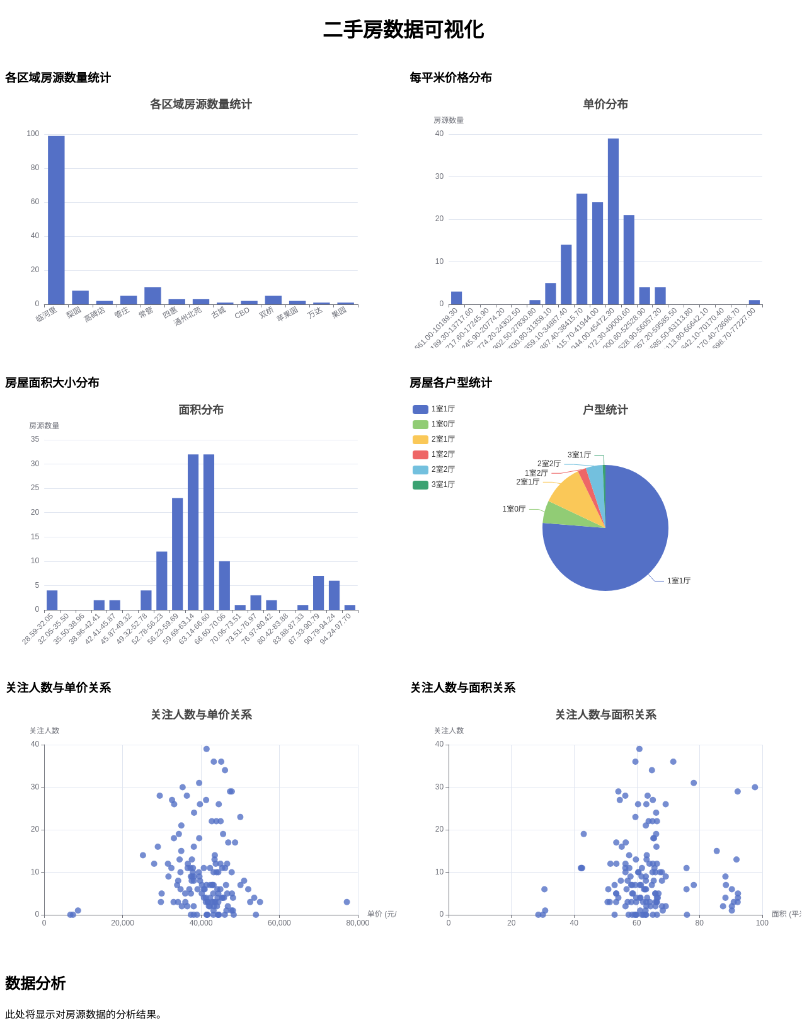
Repository: sakimi-9/DPV-SHP_BeiJing
Page: / (app in py_crawler/rendering/)
An editor plug-in stored every save of this project. The page is shown before and after the next save, followed by the edit.
The browser window is 1280 px wide. The pictures show the whole page, at 63% of full size.
The project was rebuilt for these pictures with package versions that can differ from the ones it lists, and the page was loaded fresh each time. Also part of the build but not shown: py_crawler/rendering/vite.config.ts.

Above is the page before, as saved 2025-05-22 16:06:01.

### py_crawler/rendering/index.html
<!DOCTYPE html>
<html lang="en">

<head>
    <meta charset="UTF-8">
    <link rel="icon" href="/favicon.ico">
    <meta name="viewport" content="width=device-width, initial-scale=1.0">
    <title>二手房数据可视化</title>
</head>

<body>
    <div id="app"></div>
    <script type="module" src="/src/main.ts"></script>
</body>

</html>

### py_crawler/rendering/src/App.vue
<template>
  <div>
    <h1 style="text-align: center;">二手房数据可视化</h1>

    <!-- 模式切换 UI -->


    <!-- 2D 图表区域 -->
    <TwoDCharts v-if="currentMode === '2D'" :house-data="houseData" />

    <!-- 数据分析区域 -->
    <div class="data-analysis-container">
      <h2>数据分析</h2>
      <p>此处将显示对房源数据的分析结果。</p>
      <!-- TODO: Add actual data analysis content here -->
    </div>
  </div>
</template>

<script setup lang="ts">
import { ref, onMounted } from 'vue';

// 导入新组件
import TwoDCharts from './components/TwoDCharts.vue';

// 定义解析后的房源数据接口 (保留接口定义，添加经纬度)
interface ParsedHouse {
  房源标题: string;
  室: number | null;
  厅: number | null;
  面积: number | null; // 平米
  朝向: string | null;
  装修: string | null;
  楼层信息: string | null; // 例如 "中楼层"
  总楼层: number | null;
  建筑年份: number | null; // 例如 2012
  建筑类型: string | null; // 例如 "板塔结合"
  小区名称: string | null;
  所在区域: string | null; // 例如 "临河里"
  单价: number | null; // 元/平
  关注人数: number | null;
  发布时间: string | null; // 例如 "2个月以前发布"
  标签: string[];
  // 添加经纬度信息
  location?: { lng: number; lat: number };
}

// 数据解析函数 (修改：查找并添加经纬度)
function parseHouseData(rawData: any[]): ParsedHouse[] {
  const parsedData: ParsedHouse[] = [];

  rawData.forEach(item => {
    const parsedItem: ParsedHouse = {
      房源标题: item['房源'] || '',
      室: null,
      厅: null,
      面积: null,
      朝向: null,
      装修: null,
      楼层信息: null,
      总楼层: null,
      建筑年份: null,
      建筑类型: null,
      小区名称: null,
      所在区域: null,
      单价: null,
      关注人数: null,
      发布时间: item['关注人数和发布时间'] ? item['关注人数和发布时间'].split(' / ')[1]?.trim() || null : null,
      标签: item['标签'] ? item['标签'].split(' ').filter((tag: string) => tag.trim() !== '') : [],
    };

    const houseInfoParts = item['房子信息'] ? item['房子信息'].split(' | ').map((part: string) => part.trim()) : [];
    houseInfoParts.forEach((part: string) => {
      if (part.includes('室') && part.includes('厅')) {
        const match = part.match(/(\d+)室(\d+)厅/);
        if (match) {
          parsedItem.室 = parseInt(match[1], 10);
          parsedItem.厅 = parseInt(match[2], 10);
        }
      } else if (part.includes('平米')) {
        const match = part.match(/([\d\.]+)平米/);
        if (match) {
          parsedItem.面积 = parseFloat(match[1]);
        }
      } else if (part.includes('层') && part.includes('共')) {
        const match = part.match(/(.+)\(共(\d+)层\)/);
        if (match) {
          parsedItem.楼层信息 = match[1].trim();
          parsedItem.总楼层 = parseInt(match[2], 10);
        } else {
          const totalFloorsMatch = part.match(/(\d+)层/);
          if (totalFloorsMatch) {
            parsedItem.总楼层 = parseInt(totalFloorsMatch[1], 10);
          }
        }
      } else if (part.match(/\d{4}年/)) {
        parsedItem.建筑年份 = parseInt(part, 10);
      } else if (part === '板楼' || part === '塔楼' || part === '板塔结合') {
        parsedItem.建筑类型 = part;
      } else if (['东', '南', '西', '北', '东南', '东北', '西南', '西北'].some(dir => part.includes(dir))) {
        parsedItem.朝向 = part;
      } else if (['毛坯', '简装', '精装', '其他'].some(dec => part.includes(dec))) {
        parsedItem.装修 = part;
      }
    });

    const areaParts = item['所在区域'] ? item['所在区域'].split('  ').map((part: string) => part.trim()) : [];
    if (areaParts.length > 0) {
      parsedItem.小区名称 = areaParts[0];
      if (areaParts.length > 1) {
        parsedItem.所在区域 = areaParts[1];
      }
    }

    const priceMatch = item['单价'] ? item['单价'].replace(',', '').match(/([\d\.]+)元\/平/) : null;
    if (priceMatch) {
      parsedItem.单价 = parseFloat(priceMatch[1]);
    }

    const followTimeParts = item['关注人数和发布时间'] ? item['关注人数和发布时间'].split(' / ').map((part: string) => part.trim()) : [];
    if (followTimeParts.length > 0) {
      const followMatch = followTimeParts[0].match(/(\d+)人关注/);
      if (followMatch) {
        parsedItem.关注人数 = parseInt(followMatch[1], 10);
      }
    }

    parsedData.push(parsedItem);
  });

  return parsedData; // Return all parsed data
}

// Define a ref to store the parsed data
const houseData = ref<ParsedHouse[] | null>(null);

// 定义当前模式状态
const currentMode = ref<'2D'>('2D'); // Only 2D mode is available now

// 数据加载逻辑 (修改：先加载经纬度，再加载房源数据)
onMounted(async () => {
  try {
    const response = await fetch('/house_data.json');
    if (!response.ok) {
      throw new Error(`HTTP error! status: ${response.status}`);
    }
    const rawHouseData = await response.json();
    // 解析房源数据时传入经纬度 Map
    houseData.value = parseHouseData(rawHouseData);

    console.log('解析后的数据并存储:', houseData.value);

  } catch (error) {
    console.error('Error loading or processing data:', error);
  }
});

// 显式导出响应式变量 (可能有助于类型检查)
// export { houseData, currentMode };

</script>

<style scoped>
/* 只保留 App.vue 自己的样式 */
div {
  margin-bottom: 20px;
}

button {
  margin-right: 10px;
}

/* 移除迁移到 TwoDCharts.vue 的样式 */
</style>

### py_crawler/rendering/src/components/TwoDCharts.vue
<template>
    <div class="charts-2d-container">

        <!-- 各区域房源数量统计 和 单价分布直方图 -->
        <div class="chart-row">
            <div class="chart-item">
                <h3>各区域房源数量统计</h3>
                <div ref="areaChartContainer" style="width: 100%; height: 400px;"></div>
            </div>
            <div class="chart-item">
                <h3>每平米价格分布</h3>
                <div ref="priceHistContainer" style="width: 100%; height: 400px;"></div>
            </div>
        </div>

        <!-- 面积分布直方图 和 户型统计 -->
        <div class="chart-row">
            <div class="chart-item">
                <h3>房屋面积大小分布</h3>
                <div ref="areaHistContainer" style="width: 100%; height: 400px;"></div>
            </div>
            <div class="chart-item">
                <h3>房屋各户型统计</h3>
                <div ref="unitTypeChartContainer" style="width: 100%; height: 400px;"></div>
            </div>
        </div>

        <!-- 关注人数与单价散点图 和 关注人数与面积散点图 -->
        <div class="chart-row">
            <div class="chart-item">
                <h3>关注人数与单价关系</h3>
                <div ref="followPriceScatterContainer" style="width: 100%; height: 400px;"></div>
            </div>
            <div class="chart-item">
                <h3>关注人数与面积关系</h3>
                <div ref="followAreaScatterContainer" style="width: 100%; height: 400px;"></div>
            </div>
        </div>

    </div>
</template>

<script setup lang="ts">
import { ref, onMounted, watch } from 'vue';
import * as echarts from 'echarts/core';
// Import the necessary components and charts
import { BarChart, PieChart, ScatterChart } from 'echarts/charts';
import { GridComponent, TooltipComponent, LegendComponent, TitleComponent } from 'echarts/components';
import { CanvasRenderer } from 'echarts/renderers';

echarts.use([
    BarChart,
    PieChart,
    ScatterChart,
    GridComponent,
    TooltipComponent,
    LegendComponent,
    TitleComponent,
    CanvasRenderer,
]);

// 定义解析后的房源数据接口
interface ParsedHouse {
    房源标题: string;
    室: number | null;
    厅: number | null;
    面积: number | null; // 平米
    朝向: string | null;
    装修: string | null;
    楼层信息: string | null; // 例如 "中楼层"
    总楼层: number | null;
    建筑年份: number | null; // 例如 2012
    建筑类型: string | null; // 例如 "板塔结合"
    小区名称: string | null;
    所在区域: string | null; // 例如 "临河里"
    单价: number | null; // 元/平
    关注人数: number | null;
    发布时间: string | null; // 例如 "2个月以前发布"
    标签: string[];
}

// 定义接收的 props
const props = defineProps<{ houseData: ParsedHouse[] | null }>();

// 定义图表容器的引用
const areaChartContainer = ref<HTMLElement | null>(null);
const priceHistContainer = ref<HTMLElement | null>(null);
const areaHistContainer = ref<HTMLElement | null>(null);
const unitTypeChartContainer = ref<HTMLElement | null>(null);
const followPriceScatterContainer = ref<HTMLElement | null>(null);
const followAreaScatterContainer = ref<HTMLElement | null>(null);

// 绘制各区域房源数量统计图
function renderAreaChart(chartElement: HTMLElement, data: ParsedHouse[]) {
    const areaCounts: { [key: string]: number } = {};
    data.forEach((item: ParsedHouse) => {
        if (item.所在区域) {
            areaCounts[item.所在区域] = (areaCounts[item.所在区域] || 0) + 1;
        }
    });

    const areas = Object.keys(areaCounts);
    const counts = Object.values(areaCounts);

    const myChart = echarts.init(chartElement);
    const option = {
        title: {
            text: '各区域房源数量统计',
            left: 'center'
        },
        tooltip: {},
        xAxis: {
            type: 'category',
            data: areas,
            axisLabel: { // 旋转 x 轴标签，避免重叠
                interval: 0,
                rotate: 30,
                overflow: 'breakAll',
                ellipsis: '...'
            }
        },
        yAxis: {
            type: 'value'
        },
        series: [
            {
                name: '房源数量',
                type: 'bar',
                data: counts
            }
        ]
    };
    myChart.setOption(option);
}

// Function to draw the unit price distribution histogram
const drawUnitPriceDistributionChart = (chartElement: HTMLElement, parsedData: ParsedHouse[]) => {
    const prices = parsedData
        .map(house => house.单价)
        .filter((price): price is number => price !== null && !isNaN(price)); // Filter out null/NaN values

    if (prices.length === 0) {
        console.warn("No valid price data to draw histogram.");
        echarts.dispose(chartElement);
        chartElement.innerHTML = '<p>暂无单价分布数据</p>';
        return;
    }

    const numBins = 20;
    const minPrice = Math.min(...prices);
    const maxPrice = Math.max(...prices);
    const binRange = (maxPrice - minPrice) / numBins;

    const bins: { interval: [number, number], count: number }[] = [];
    for (let i = 0; i < numBins; i++) {
        bins.push({ interval: [minPrice + i * binRange, minPrice + (i + 1) * binRange], count: 0 });
    }

    if (maxPrice > bins[numBins - 1].interval[1]) {
        bins[numBins - 1].interval[1] = maxPrice;
    }


    prices.forEach(price => {
        for (let i = 0; i < numBins; i++) {
            if (price >= bins[i].interval[0] && (price < bins[i].interval[1] || (i === numBins - 1 && price <= bins[i].interval[1]))) {
                bins[i].count++;
                break;
            }
        }
    });

    const chart = echarts.init(chartElement);
    const options = {
        title: {
            text: '单价分布',
            left: 'center'
        },
        tooltip: {
            formatter: function (params: any) {
                const bin = bins.find(b => `${b.interval[0].toFixed(2)}-${b.interval[1].toFixed(2)}` === params.name);
                if (bin) {
                    return `单价范围: ${bin.interval[0].toFixed(2)}-${bin.interval[1].toFixed(2)}<br/>房源数量: ${bin.count}`;
                }
                return params.name + '<br/>' + params.seriesName + ': ' + params.value;
            }
        },
        xAxis: {
            type: 'category',
            data: bins.map(bin => `${bin.interval[0].toFixed(2)}-${bin.interval[1].toFixed(2)}`),
            axisLabel: {
                interval: 0,
                rotate: 45,
                overflow: 'breakAll',
                ellipsis: '...'
            }
        },
        yAxis: { type: 'value', name: '房源数量' },
        series: [{
            name: '房源数量',
            data: bins.map(bin => bin.count),
            type: 'bar'
        }]
    };
    chart.setOption(options);
};

// Function to draw the size distribution histogram
const drawSizeDistributionChart = (chartElement: HTMLElement, parsedData: ParsedHouse[]) => {
    const sizes = parsedData
        .map(house => house.面积)
        .filter((size): size is number => size !== null && !isNaN(size)); // Filter out null/NaN values

    if (sizes.length === 0) {
        console.warn("No valid size data to draw histogram.");
        echarts.dispose(chartElement);
        chartElement.innerHTML = '<p>暂无面积分布数据</p>';
        return;
    }

    const numBins = 20;
    const minSize = Math.min(...sizes);
    const maxSize = Math.max(...sizes);
    const binRange = (maxSize - minSize) / numBins;

    const bins: { interval: [number, number], count: number }[] = [];
    for (let i = 0; i < numBins; i++) {
        bins.push({ interval: [minSize + i * binRange, minSize + (i + 1) * binRange], count: 0 });
    }

    if (maxSize > bins[numBins - 1].interval[1]) {
        bins[numBins - 1].interval[1] = maxSize;
    }


    sizes.forEach(size => {
        for (let i = 0; i < numBins; i++) {
            if (size >= bins[i].interval[0] && (size < bins[i].interval[1] || (i === numBins - 1 && size <= bins[i].interval[1]))) {
                bins[i].count++;
                break;
            }
        }
    });


    const chart = echarts.init(chartElement);
    const options = {
        title: {
            text: '面积分布',
            left: 'center'
        },
        tooltip: {
            formatter: function (params: any) {
                const bin = bins.find(b => `${b.interval[0].toFixed(2)}-${b.interval[1].toFixed(2)}` === params.name);
                if (bin) {
                    return `面积范围: ${bin.interval[0].toFixed(2)}-${bin.interval[1].toFixed(2)}<br/>房源数量: ${bin.count}`;
                }
                return params.name + '<br/>' + params.seriesName + ': ' + params.value;
            }
        },
        xAxis: {
            type: 'category',
            data: bins.map(bin => `${bin.interval[0].toFixed(2)}-${bin.interval[1].toFixed(2)}`),
            axisLabel: {
                interval: 0,
                rotate: 45,
                overflow: 'breakAll',
                ellipsis: '...'
            }
        },
        yAxis: { type: 'value', name: '房源数量' },
        series: [{
            name: '房源数量',
            data: bins.map(bin => bin.count),
            type: 'bar'
        }]
    };
    chart.setOption(options);
};

// 绘制户型统计图 (饼图示例)
function renderUnitTypeChart(chartElement: HTMLElement, data: ParsedHouse[]) {
    const unitTypeCounts: { [key: string]: number } = {};
    data.forEach((item: ParsedHouse) => {
        if (item.室 !== null && item.厅 !== null) {
            const unitType = `${item.室}室${item.厅}厅`;
            unitTypeCounts[unitType] = (unitTypeCounts[unitType] || 0) + 1;
        } else if (item.室 !== null) { // 只有室的情况
            const unitType = `${item.室}室`;
            unitTypeCounts[unitType] = (unitTypeCounts[unitType] || 0) + 1;
        } else if (item.厅 !== null) { // 只有厅的情况
            const unitType = `${item.厅}厅`;
            unitTypeCounts[unitType] = (unitTypeCounts[unitType] || 0) + 1;
        }
    });

    const chartData = Object.keys(unitTypeCounts).map(type => ({
        name: type,
        value: unitTypeCounts[type]
    }));

    const myChart = echarts.init(chartElement);
    const option = {
        title: {
            text: '户型统计',
            left: 'center'
        },
        tooltip: {
            trigger: 'item'
        },
        legend: {
            orient: 'vertical',
            left: 'left'
        },
        series: [
            {
                name: '户型',
                type: 'pie',
                radius: '50%',
                data: chartData,
                emphasis: {
                    itemStyle: {
                        shadowBlur: 10,
                        shadowOffsetX: 0,
                        shadowColor: 'rgba(0, 0, 0, 0.5)'
                    }
                }
            }
        ]
    };
    myChart.setOption(option);
}

// 绘制关注人数与单价散点图
function renderFollowPriceScatter(chartElement: HTMLElement, data: ParsedHouse[]) {
    const scatterData = data
        .filter(item => item.关注人数 !== null && item.单价 !== null)
        .map(item => [item.单价, item.关注人数]); // [x: 单价, y: 关注人数]

    const myChart = echarts.init(chartElement);
    const option = {
        title: {
            text: '关注人数与单价关系',
            left: 'center'
        },
        tooltip: {
            trigger: 'axis',
            axisPointer: {
                type: 'shadow'
            },
            formatter: function (params: any) {
                const item = params[0];
                const originalItem = data.find(d => d.单价 === item.value[0] && d.关注人数 === item.value[1]);
                if (originalItem) {
                    return `房源: ${originalItem.房源标题}<br/>单价: ${item.value[0]} 元/平<br/>关注人数: ${item.value[1]} 人`;
                } else {
                    return `单价: ${item.value[0]} 元/平<br/>关注人数: ${item.value[1]} 人`;
                }
            }
        },
        xAxis: {
            type: 'value',
            name: '单价 (元/平)',
            axisLabel: {
                formatter: '{value}'
            }
        },
        yAxis: {
            type: 'value',
            name: '关注人数',
            axisLabel: {
                formatter: '{value}'
            }
        },
        series: [
            {
                name: '房源',
                type: 'scatter',
                data: scatterData
            }
        ]
    };
    myChart.setOption(option);
}

// 绘制关注人数与面积散点图
function renderFollowAreaScatter(chartElement: HTMLElement, data: ParsedHouse[]) {
    const scatterData = data
        .filter(item => item.关注人数 !== null && item.面积 !== null)
        .map(item => [item.面积, item.关注人数]); // [x: 面积, y: 关注人数]

    const myChart = echarts.init(chartElement);
    const option = {
        title: {
            text: '关注人数与面积关系',
            left: 'center'
        },
        tooltip: {
            trigger: 'axis',
            axisPointer: {
                type: 'shadow'
            },
            formatter: function (params: any) {
                const item = params[0];
                const originalItem = data.find(d => d.面积 === item.value[0] && d.关注人数 === item.value[1]);
                if (originalItem) {
                    return `房源: ${originalItem.房源标题}<br/>面积: ${item.value[0]} 平米<br/>关注人数: ${item.value[1]} 人`;
                } else {
                    return `面积: ${item.value[0]} 平米<br/>关注人数: ${item.value[1]} 人`;
                }
            }
        },
        xAxis: {
            type: 'value',
            name: '面积 (平米)',
            axisLabel: {
                formatter: '{value}'
            }
        },
        yAxis: {
            type: 'value',
            name: '关注人数',
            axisLabel: {
                formatter: '{value}'
            }
        },
        series: [
            {
                name: '房源',
                type: 'scatter',
                data: scatterData
            }
        ]
    };
    myChart.setOption(option);
}

// Watch for changes in the houseData prop and redraw charts
watch(() => props.houseData, (newData) => {
    if (newData) {
        // Need to wait for the DOM elements to be available
        if (areaChartContainer.value) renderAreaChart(areaChartContainer.value as HTMLElement, newData);
        if (priceHistContainer.value) drawUnitPriceDistributionChart(priceHistContainer.value as HTMLElement, newData);
        if (areaHistContainer.value) drawSizeDistributionChart(areaHistContainer.value as HTMLElement, newData);
        if (unitTypeChartContainer.value) renderUnitTypeChart(unitTypeChartContainer.value as HTMLElement, newData);
        if (followPriceScatterContainer.value) renderFollowPriceScatter(followPriceScatterContainer.value as HTMLElement, newData);
        if (followAreaScatterContainer.value) renderFollowAreaScatter(followAreaScatterContainer.value as HTMLElement, newData);
    }
}, { immediate: true }); // Use immediate: true to draw charts on initial data load

</script>

<style scoped>
.charts-2d-container {
    display: flex;
    flex-direction: column;
    gap: 20px;
}

.chart-row {
    display: flex;
    gap: 20px;
}

.chart-item {
    flex: 1;
    min-width: 0;
}

.chart-item>div {
    width: 100%;
}
</style>

Loaded but not shown: py_crawler/rendering/src/main.ts (common file); py_crawler/rendering/public/house_data.json (1138 lines, source omitted)

After the next save:
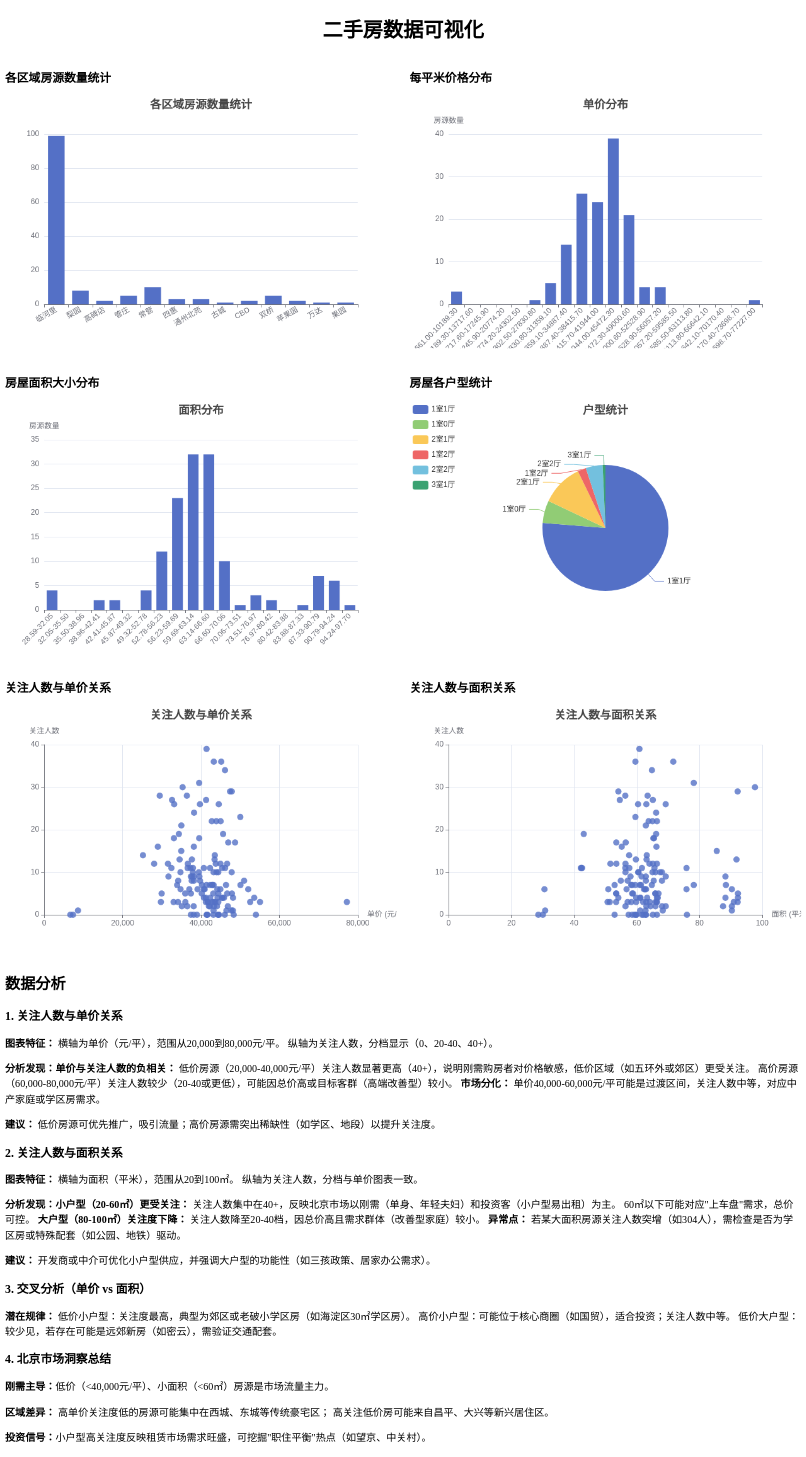
Saved 8 min 7 s later.
--- a/py_crawler/rendering/src/App.vue
+++ b/py_crawler/rendering/src/App.vue
@@ -11,8 +11,66 @@
     <!-- 数据分析区域 -->
     <div class="data-analysis-container">
       <h2>数据分析</h2>
-      <p>此处将显示对房源数据的分析结果。</p>
-      <!-- TODO: Add actual data analysis content here -->
+      <h3>1. 关注人数与单价关系</h3>
+      <p>
+        <strong>图表特征：</strong>
+        横轴为单价（元/平），范围从20,000到80,000元/平。
+        纵轴为关注人数，分档显示（0、20-40、40+）。
+      </p>
+      <p>
+        <strong>分析发现：</strong>
+        <strong>单价与关注人数的负相关：</strong>
+        低价房源（20,000-40,000元/平）关注人数显著更高（40+），说明刚需购房者对价格敏感，低价区域（如五环外或郊区）更受关注。
+        高价房源（60,000-80,000元/平）关注人数较少（20-40或更低），可能因总价高或目标客群（高端改善型）较小。
+        <strong>市场分化：</strong>
+        单价40,000-60,000元/平可能是过渡区间，关注人数中等，对应中产家庭或学区房需求。
+      </p>
+      <p>
+        <strong>建议：</strong>
+        低价房源可优先推广，吸引流量；高价房源需突出稀缺性（如学区、地段）以提升关注度。
+      </p>
+
+      <h3>2. 关注人数与面积关系</h3>
+      <p>
+        <strong>图表特征：</strong>
+        横轴为面积（平米），范围从20到100㎡。
+        纵轴为关注人数，分档与单价图表一致。
+      </p>
+      <p>
+        <strong>分析发现：</strong>
+        <strong>小户型（20-60㎡）更受关注：</strong>
+        关注人数集中在40+，反映北京市场以刚需（单身、年轻夫妇）和投资客（小户型易出租）为主。
+        60㎡以下可能对应"上车盘"需求，总价可控。
+        <strong>大户型（80-100㎡）关注度下降：</strong>
+        关注人数降至20-40档，因总价高且需求群体（改善型家庭）较小。
+        <strong>异常点：</strong>
+        若某大面积房源关注人数突增（如304人），需检查是否为学区房或特殊配套（如公园、地铁）驱动。
+      </p>
+      <p>
+        <strong>建议：</strong>
+        开发商或中介可优化小户型供应，并强调大户型的功能性（如三孩政策、居家办公需求）。
+      </p>
+
+      <h3>3. 交叉分析（单价 vs 面积）</h3>
+      <p>
+        <strong>潜在规律：</strong>
+        低价小户型：关注度最高，典型为郊区或老破小学区房（如海淀区30㎡学区房）。
+        高价小户型：可能位于核心商圈（如国贸），适合投资；关注人数中等。
+        低价大户型：较少见，若存在可能是远郊新房（如密云），需验证交通配套。
+      </p>
+
+      <h3>4. 北京市场洞察总结</h3>
+      <p>
+        <strong>刚需主导：</strong>低价（&lt;40,000元/平）、小面积（&lt;60㎡）房源是市场流量主力。
+      </p>
+      <p>
+        <strong>区域差异：</strong>
+        高单价关注度低的房源可能集中在西城、东城等传统豪宅区；
+        高关注低价房可能来自昌平、大兴等新兴居住区。
+      </p>
+      <p>
+        <strong>投资信号：</strong>小户型高关注度反映租赁市场需求旺盛，可挖掘"职住平衡"热点（如望京、中关村）。
+      </p>
     </div>
   </div>
 </template>
